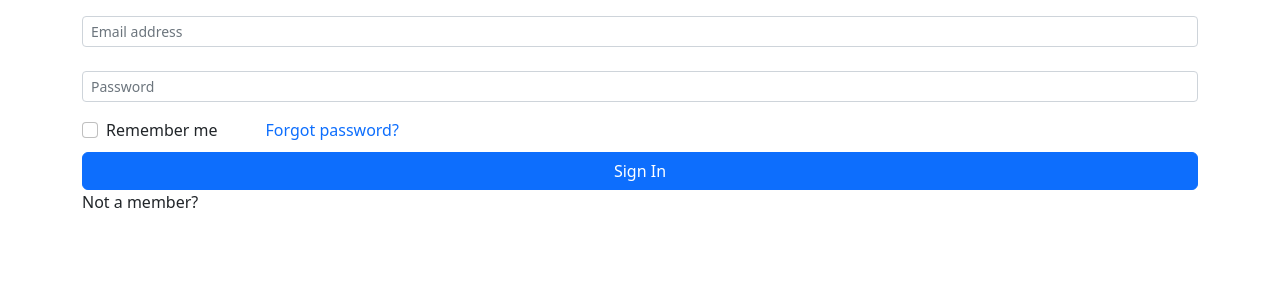
Repository: NPhanA/React2022
Page: / (app in Day 03-React/exercise/)
These files come from the project's save history. The page is drawn as it stood at one moment and after the next save; the edit follows.
The browser window is 1280 px wide. The pictures show the whole page.
The project was rebuilt for these pictures with package versions that can differ from the ones it lists, and the page was loaded fresh each time. Also part of the build but not shown: Day 03-React/exercise/src/App.css, Day 03-React/exercise/src/App.js, Day 03-React/exercise/src/Components/UserAgent.js, Day 03-React/exercise/src/Components/ProfileCard.js.

Above is the page before, as saved 2022-07-26 22:27:41.

After the next save:
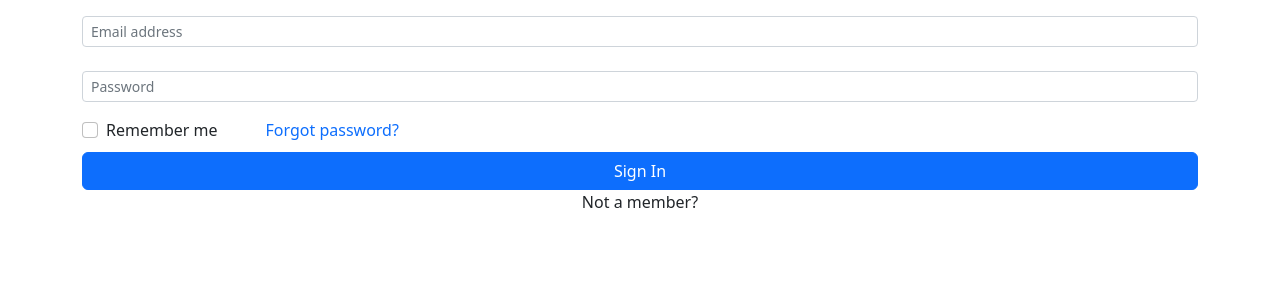
Saved 20 s later.
--- a/Day 03-React/exercise/src/Components/SignInForm.js
+++ b/Day 03-React/exercise/src/Components/SignInForm.js
@@ -18,7 +18,7 @@ function SignInForm() {
                     <div class="d-grid gap-2">
                         <button class="btn btn-primary mt-2" type="button">Sign In</button>
                     </div>
-                    <p>Not a member?</p>
+                    <p className="text-center">Not a member?</p>
                 </form>
                 </div>
             </div>
